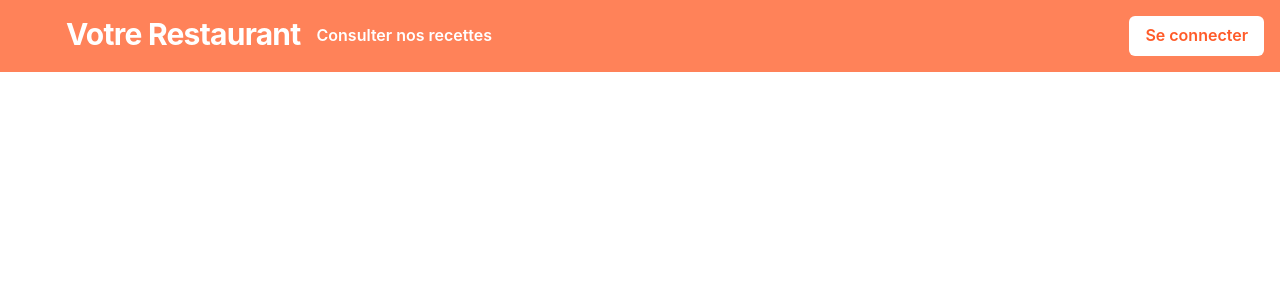
Repository: Ecaron76/tp-restau-next
Page: /
These files come from the project's save history. The page is drawn as it stood at one moment and after the next save; the edit follows.
The browser window is 1280 px wide. The pictures show the whole page.
The project was rebuilt for these pictures with package versions that can differ from the ones it lists, and the page was loaded fresh each time. The framework's server and built-in components were replaced by stand-ins that run in the browser. Also part of the build but not shown: next.config.mjs.

Above is the page before, as saved 2024-02-25 18:11:29.

### src/app/layout.tsx
'use client'

import { Inter } from "next/font/google";
import "./globals.css";
import { ChakraProvider, extendTheme  } from '@chakra-ui/react'
import Header from "@/components/Header/Header";
const theme = extendTheme({
  colors: {
    brand: {
      50: '#ffeee6',
      100: '#ffc7b7',
      200: '#ffa788',
      300: '#ff8259',
      400: '#ff5b29',
      500: '#ff3300',
      600: '#cc2900',
      700: '#991f00',
      800: '#661600',
      900: '#330c00',
    },
  },
});



export function Providers({ children }: { children: React.ReactNode }) {
  return <ChakraProvider theme={theme}>{children}</ChakraProvider>
}

export default function RootLayout({
  children,
}: Readonly<{
  children: React.ReactNode;
}>) {
  return (
    <html lang="en">
      <body>
        <Providers>{children}</Providers>
      </body>
    </html>
  );
}

### src/app/page.tsx
import Image from "next/image";

import Header from "@/components/Header/Header";

export default function Home() {
  return (
    <main >
      <Header />
    </main>
  );
}

### src/app/globals.css
:root {
  --max-width: 1100px;
  --border-radius: 12px;
  --font-mono: ui-monospace, Menlo, Monaco, "Cascadia Mono", "Segoe UI Mono",
    "Roboto Mono", "Oxygen Mono", "Ubuntu Monospace", "Source Code Pro",
    "Fira Mono", "Droid Sans Mono", "Courier New", monospace;

  --foreground-rgb: 0, 0, 0;
  --background-start-rgb: 214, 219, 220;
  --background-end-rgb: 255, 255, 255;

  --primary-glow: conic-gradient(
    from 180deg at 50% 50%,
    #16abff33 0deg,
    #0885ff33 55deg,
    #54d6ff33 120deg,
    #0071ff33 160deg,
    transparent 360deg
  );
  --secondary-glow: radial-gradient(
    rgba(255, 255, 255, 1),
    rgba(255, 255, 255, 0)
  );

  --tile-start-rgb: 239, 245, 249;
  --tile-end-rgb: 228, 232, 233;
  --tile-border: conic-gradient(
    #00000080,
    #00000040,
    #00000030,
    #00000020,
    #00000010,
    #00000010,
    #00000080
  );

  --callout-rgb: 238, 240, 241;
  --callout-border-rgb: 172, 175, 176;
  --card-rgb: 180, 185, 188;
  --card-border-rgb: 131, 134, 135;
}

@media (prefers-color-scheme: dark) {
  :root {
    --foreground-rgb: 255, 255, 255;
    --background-start-rgb: 0, 0, 0;
    --background-end-rgb: 0, 0, 0;

    --primary-glow: radial-gradient(rgba(1, 65, 255, 0.4), rgba(1, 65, 255, 0));
    --secondary-glow: linear-gradient(
      to bottom right,
      rgba(1, 65, 255, 0),
      rgba(1, 65, 255, 0),
      rgba(1, 65, 255, 0.3)
    );

    --tile-start-rgb: 2, 13, 46;
    --tile-end-rgb: 2, 5, 19;
    --tile-border: conic-gradient(
      #ffffff80,
      #ffffff40,
      #ffffff30,
      #ffffff20,
      #ffffff10,
      #ffffff10,
      #ffffff80
    );

    --callout-rgb: 20, 20, 20;
    --callout-border-rgb: 108, 108, 108;
    --card-rgb: 100, 100, 100;
    --card-border-rgb: 200, 200, 200;
  }
}

* {
  box-sizing: border-box;
  padding: 0;
  margin: 0;
}

html,
body {

  overflow-x: hidden;
}

body {
  color: rgb(var(--foreground-rgb));
  background: linear-gradient(
      to bottom,
      transparent,
      rgb(var(--background-end-rgb))
    )
    rgb(var(--background-start-rgb));
}

a {
  color: inherit;
  text-decoration: none;
}

@media (prefers-color-scheme: dark) {
  html {
    color-scheme: dark;
  }
}

### src/components/Header/Header.tsx
import { Box, Flex, Heading, Spacer, Button } from '@chakra-ui/react';
import NextLink from 'next/link'; // Pour gérer la navigation entre les pages

const Header = () => {
  return (
    <Box bg="brand.300" p={4} color="white">
      <Flex alignItems="center" maxW="100%" marginLeft={'50px'} justifyContent='space-between'>
        {/* Logo ou Nom du restaurant */}
        <Box display={'flex'}>
        <Heading as="h1" size="lg" letterSpacing="tight">
          <NextLink href="/" passHref>
              Votre Restaurant
          </NextLink>
        </Heading>
        <Box>
          <NextLink href="/recettes" passHref>
            <Button  variant="ghost" color={'white'}>
              Consulter nos recettes
            </Button>
          </NextLink>
        </Box>
        </Box>
        <Box>
          <NextLink href="/login" passHref>
            <Button  variant="ghost" color={'brand.400'} bg={'white'}>
              Se connecter
            </Button>
          </NextLink>
        </Box>
      </Flex>
    </Box>
  );
};

export default Header;

After the next save:
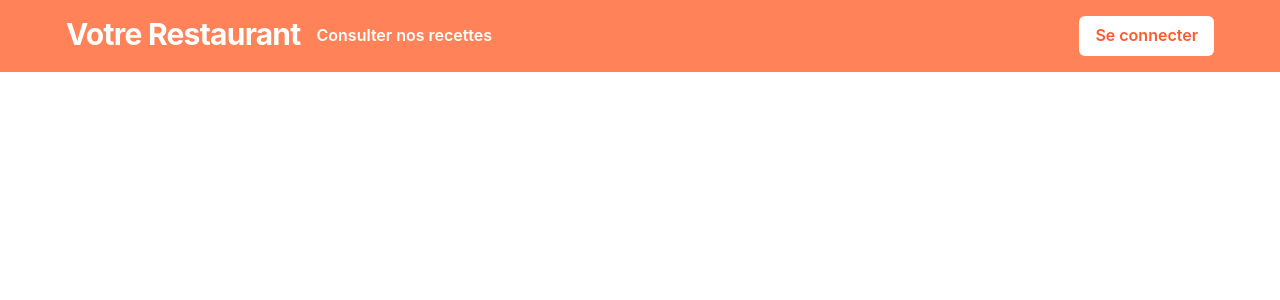
Saved 27 s later.
--- a/src/components/Header/Header.tsx
+++ b/src/components/Header/Header.tsx
@@ -4,7 +4,7 @@ import NextLink from 'next/link'; // Pour gérer la navigation entre les pages
 const Header = () => {
   return (
     <Box bg="brand.300" p={4} color="white">
-      <Flex alignItems="center" maxW="100%" marginLeft={'50px'} justifyContent='space-between'>
+      <Flex alignItems="center" maxW="100%" marginLeft={'50px'} marginRight={'50px'} justifyContent='space-between'>
         {/* Logo ou Nom du restaurant */}
         <Box display={'flex'}>
         <Heading as="h1" size="lg" letterSpacing="tight">
